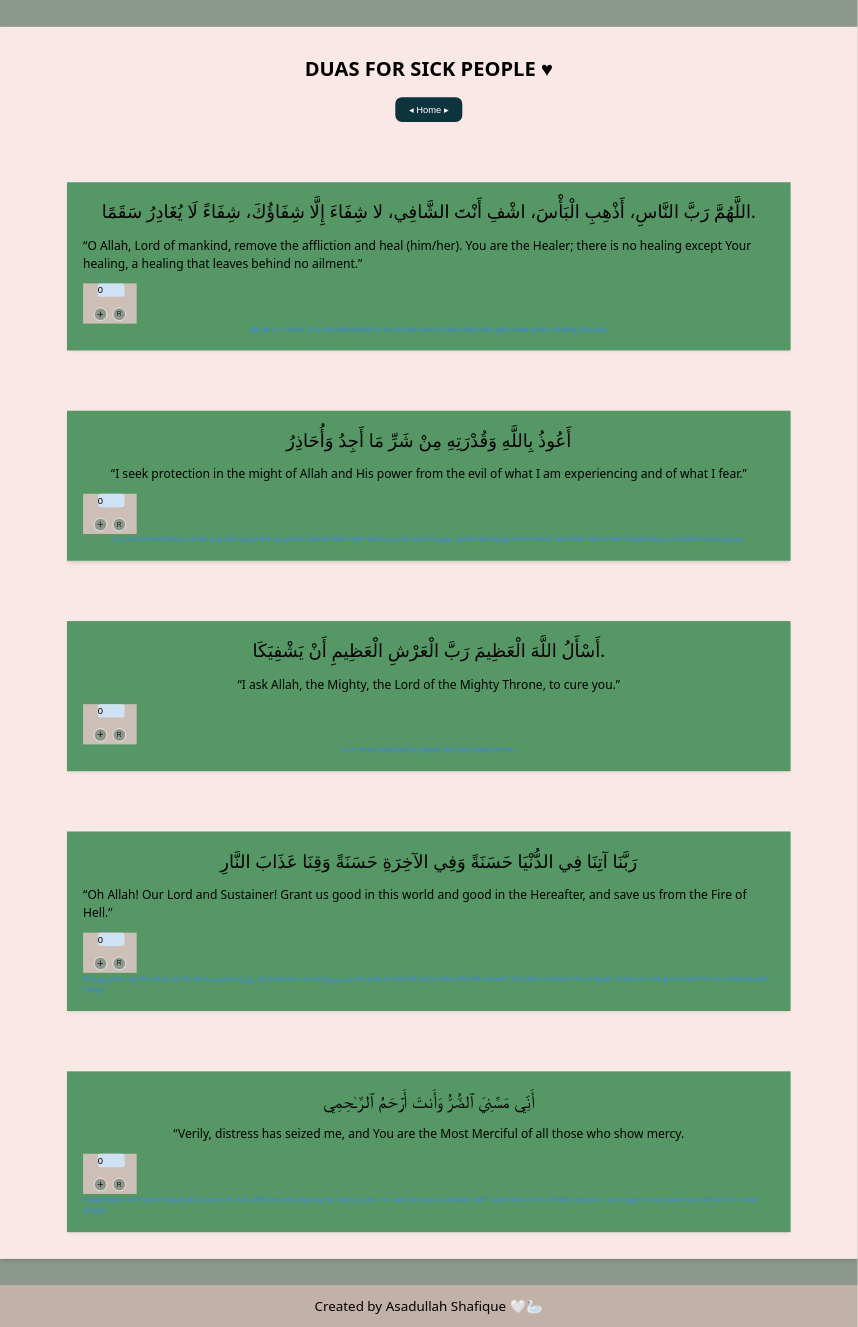
Repository: asadullah48/Duas_Diary
Page: /sick
These files come from the project's save history. The page is drawn as it stood at one moment and after the next save; the edit follows.
The browser window is 1280 px wide. The pictures show the whole page, at 67% of full size.
The project was rebuilt for these pictures with package versions that can differ from the ones it lists, and the page was loaded fresh each time. The framework's server and built-in components were replaced by stand-ins that run in the browser. Also part of the build but not shown: next.config.ts.

Above is the page before, as saved 2024-11-30 10:14:34.

After the next save:
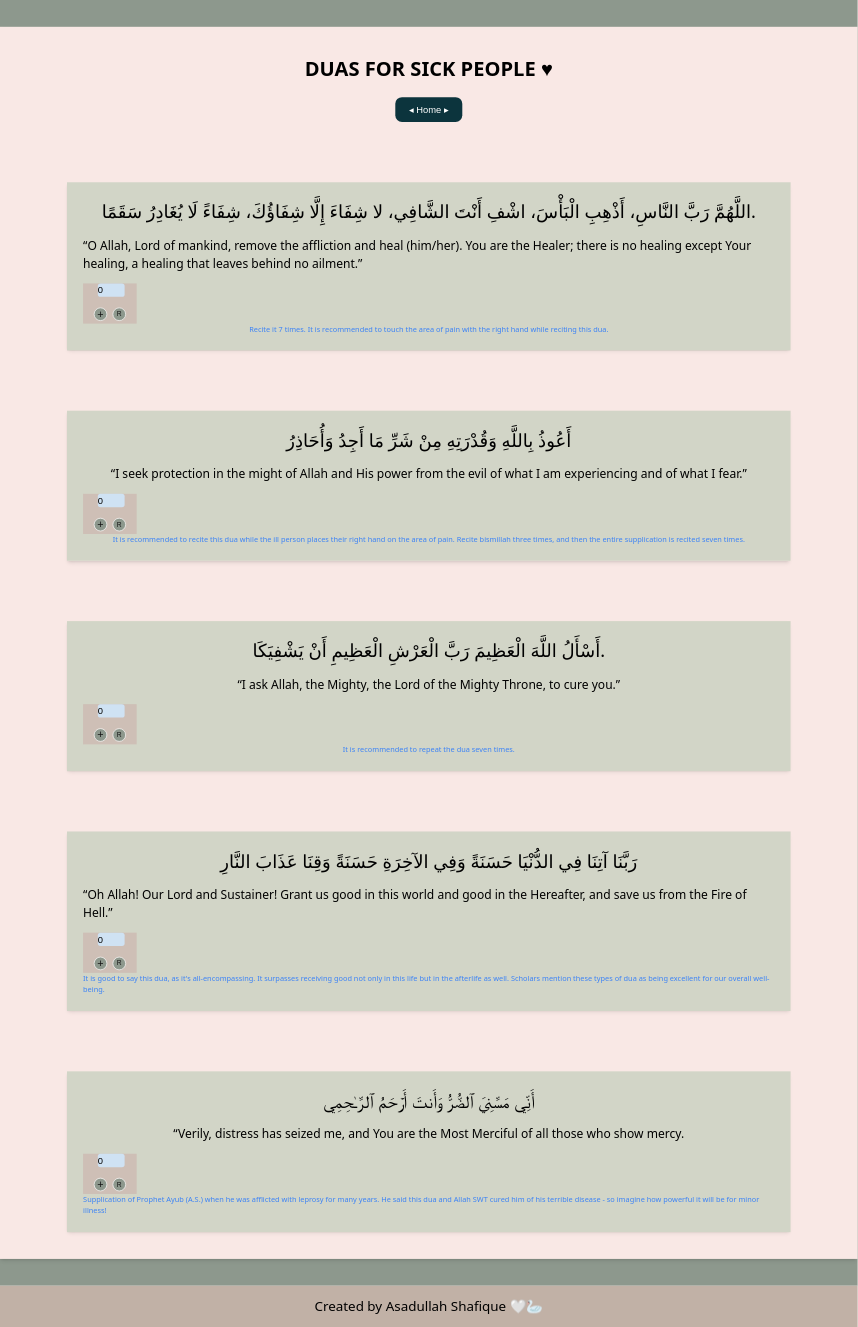
Saved 6 s later.
--- a/src/components/props.tsx
+++ b/src/components/props.tsx
@@ -14,7 +14,7 @@ export default function LightPinkSection({
   note,
 }: SectionProps) {
   return (
-    <div className="w-[90%] bg-[#268041c5] p-6 rounded-lg mx-auto shadow-md mt-[90px]">
+    <div className="w-[90%] bg-[#2680412f] p-6 rounded-lg mx-auto shadow-md mt-[90px]">
       <p className="text-black text-[27px] font-sans mb-4 flex justify-center">
         {paragraph}
       </p>
